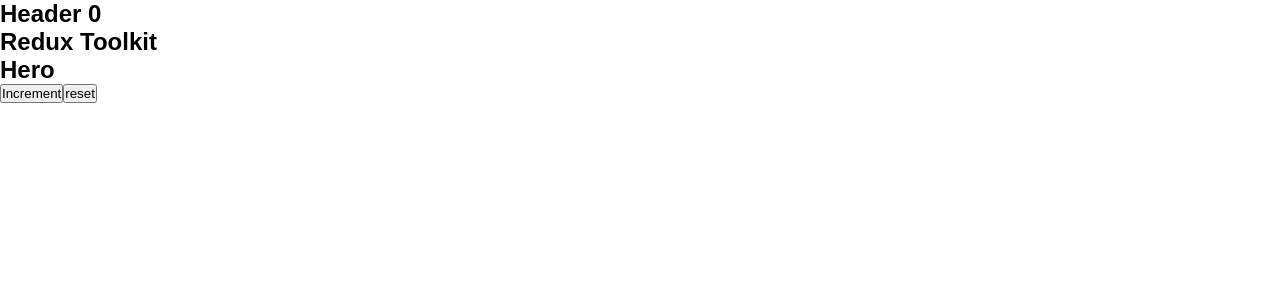
Repository: SitoraRashidova/userCrudFront
Page: /
These files come from the project's save history. The page is drawn as it stood at one moment and after a run of saves; the edit follows.
The browser window is 1280 px wide. The pictures show the whole page.
The project was rebuilt for these pictures with package versions that can differ from the ones it lists, and the page was loaded fresh each time. Also part of the build but not shown: vite.config.js.

Above is the page before, as saved 2024-12-09 22:37:34.

### src/main.jsx
import { StrictMode } from "react";
import { createRoot } from "react-dom/client";
import "./index.css";
import App from "./App.jsx";
// redux toolkid codes here
import { Provider } from "react-redux";
import store from "./redux/index.js";

createRoot(document.getElementById("root")).render(
  <StrictMode>
    <Provider store={store}>
      <App />
    </Provider>
  </StrictMode>
);

### src/App.jsx
import React from "react";
import { Header } from "./components/Header";
import Hero from "./components/Hero";
function App() {
  return (
    <>
      <Header />
      <h2>Redux Toolkit</h2>
      <Hero />
    </>
  );
}

export default App;

### src/redux/index.js
import { configureStore } from "@reduxjs/toolkit";
import counterSlice from "./slices/counter-slice";
const store = configureStore({
  reducer: {
    counter: counterSlice,
  },
});
export default store

### src/components/Header.jsx
import React from "react";
import { useSelector } from "react-redux";

export const Header = () => {
  const counter = useSelector((state) => state.counter.value);
  console.log(counter);
  return (
    <div>
      <h2>Header {counter}</h2>
    </div>
  );
};

### src/components/Hero.jsx
import React from "react";
import { useDispatch } from "react-redux";
import { inc, reset } from "../redux/slices/counter-slice";
const Hero = () => {
  const dispatch = useDispatch();
  return (
    <div>
      <h2>Hero</h2>
      <button onClick={() => dispatch(inc())}>Increment</button>
      <button onClick={() => dispatch(reset())}>reset</button>
    </div>
  );
};

export default Hero;

### src/redux/slices/counter-slice.js
import { createSlice } from "@reduxjs/toolkit";
const counterSlice = createSlice({
  name: "counter",
  initialState: {
    value: 0,
  },
  reducers: {
    inc(state, action) {
      state.value += action.payload;
    },
    dec(state) {
      state.value -= 1;
    },
    reset(state) {
      state.value = 0;
    },
  },
});
export const { inc, dec, reset } = counterSlice.actions; //setState
export default counterSlice.reducer; //state

Loaded but not shown: index.html (common file); src/index.css (common file)

After the next 5 saves:
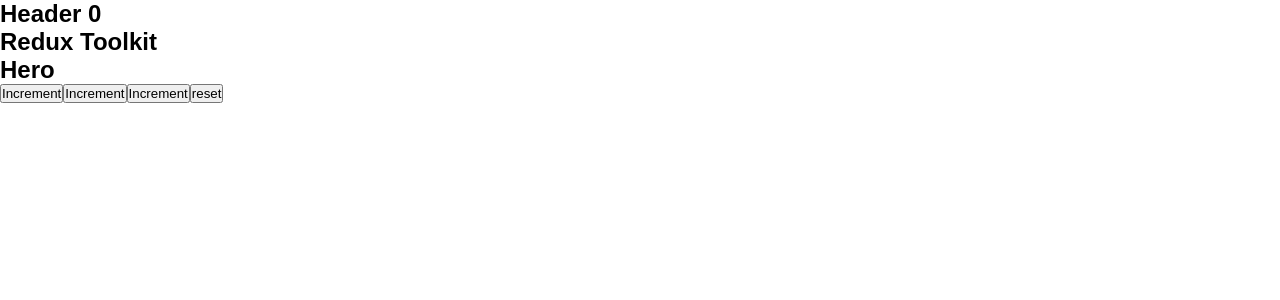
The 5 saves are shown as one change because they came seconds apart.
The last was saved 115 s later.
--- a/src/components/Hero.jsx
+++ b/src/components/Hero.jsx
@@ -6,7 +6,9 @@
   return (
     <div>
       <h2>Hero</h2>
-      <button onClick={() => dispatch(inc())}>Increment</button>
+      <button onClick={() => dispatch(inc(1))}>Increment</button>
+      <button onClick={() => dispatch(inc(10))}>Increment</button>
+      <button onClick={() => dispatch(inc(100))}>Increment</button>
       <button onClick={() => dispatch(reset())}>reset</button>
     </div>
   );
